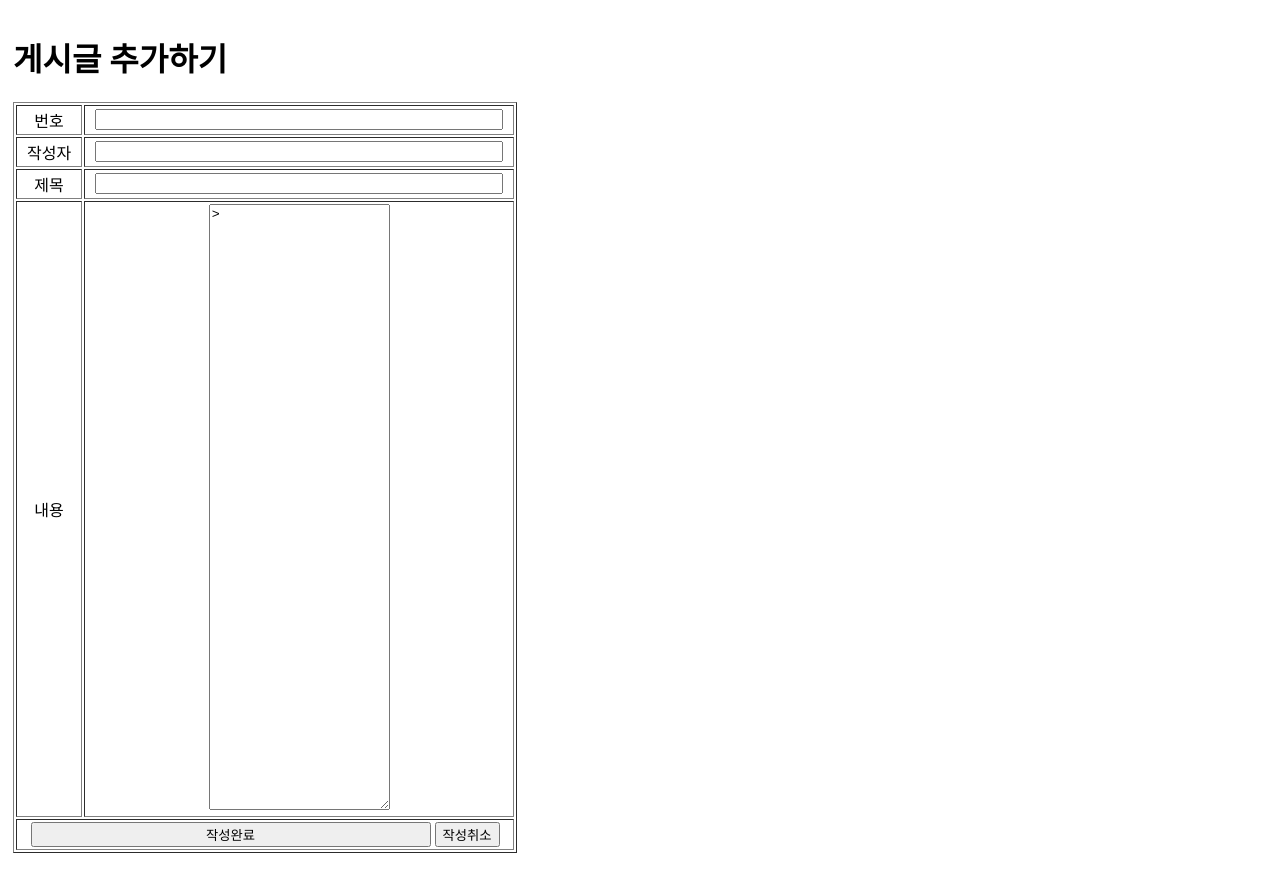
Repository: jjuhye/JSPWorkspace
Page: http://localhost/basic/00_board/_04_addBoard.jsp
The author's editor kept a copy of each file at every save. The page is drawn from the files as they stood at one save, then again after the next save.
The browser window is 1280 px wide. The pictures show the whole page.
The page is served by Tomcat 9. Other server files are loaded and not shown.

Above is the page before, as saved 2023-02-24 07:38:14.

### basic/src/main/webapp/00_board/_04_addBoard.jsp
<%@ page language="java" contentType="text/html; charset=UTF-8"
    pageEncoding="UTF-8"%>
<!DOCTYPE html>
<html>
<head>
<meta charset="UTF-8">
<title>게시글 추가</title>
<link rel="stylesheet" href="./board.css">
</head>
<body>
<div>
	<h1> 게시글 추가하기 </h1>
	<form action="_04_addBoardPro.jsp" method="post">
	<table border="1">
		<tr><td>번호</td>
		<td><input></td></tr>
		<tr><td>작성자</td>
		<td><input></td></tr>
		<tr><td>제목</td>
		<td><input></td></tr>
		<tr><td>내용</td>
		<td><textarea>></textarea></td></tr>
		<tr><td colspan="2"><input type="button" name="write" value="작성완료">
	    	<button onclick="location.href='_00_main.jsp'">작성취소</button></td></tr>

	</table><br>
	</form>
	<!-- <a href="_00_main.jsp">뒤로가기</a> -->
</div>
</body>
</html>

### basic/src/main/webapp/00_board/board.css
@charset "UTF-8";



div{
	padding: 5px;
}

td{
	padding: 2px 10px;
	text-align:center;
}

input{
	width: 400px;
}

textarea{
	height: 600px;

}

After the next save:
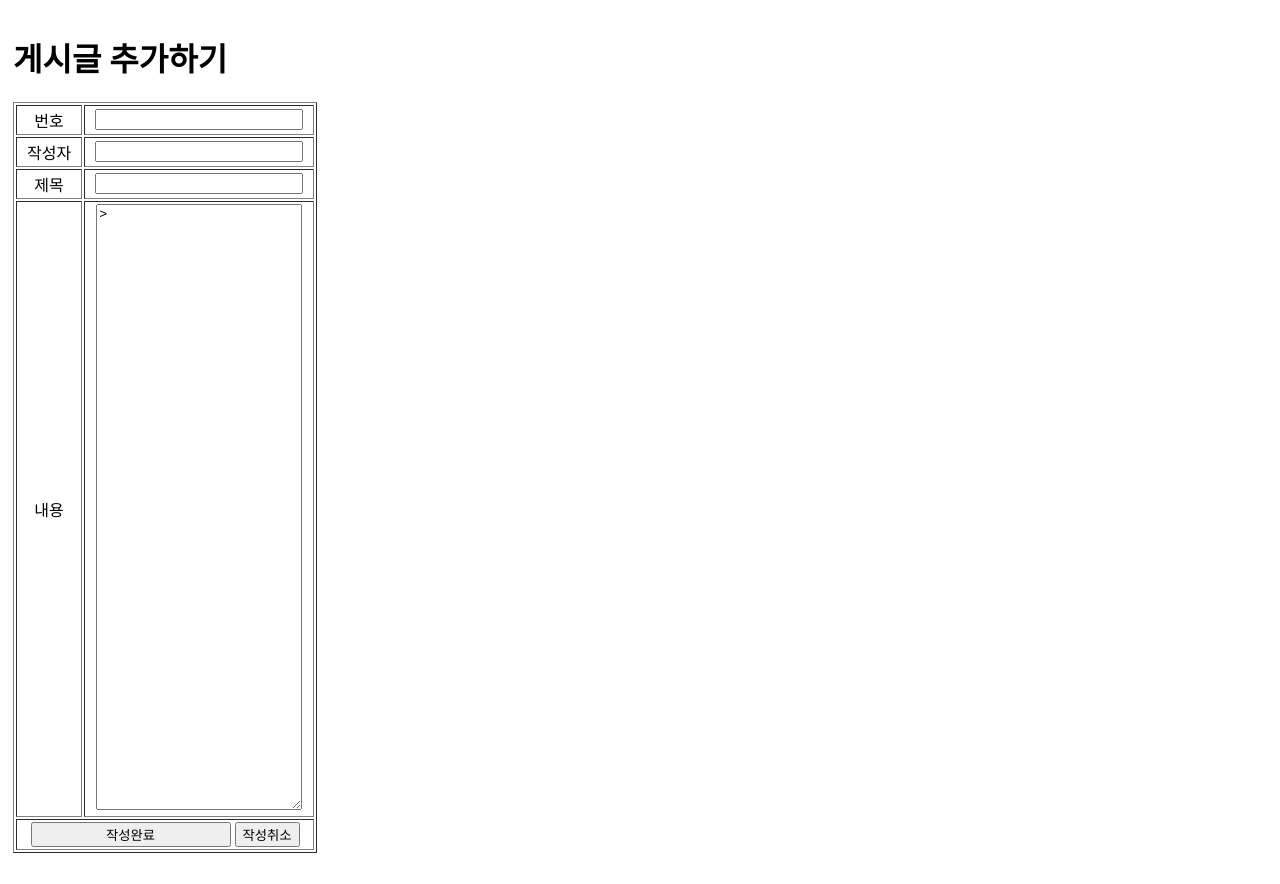
Saved 22 s later.
--- a/basic/src/main/webapp/00_board/board.css
+++ b/basic/src/main/webapp/00_board/board.css
@@ -12,10 +12,11 @@ td{
 }
 
 input{
-	width: 400px;
+	width: 200px;
 }
 
 textarea{
+	width: 200px;
 	height: 600px;
 
 }
